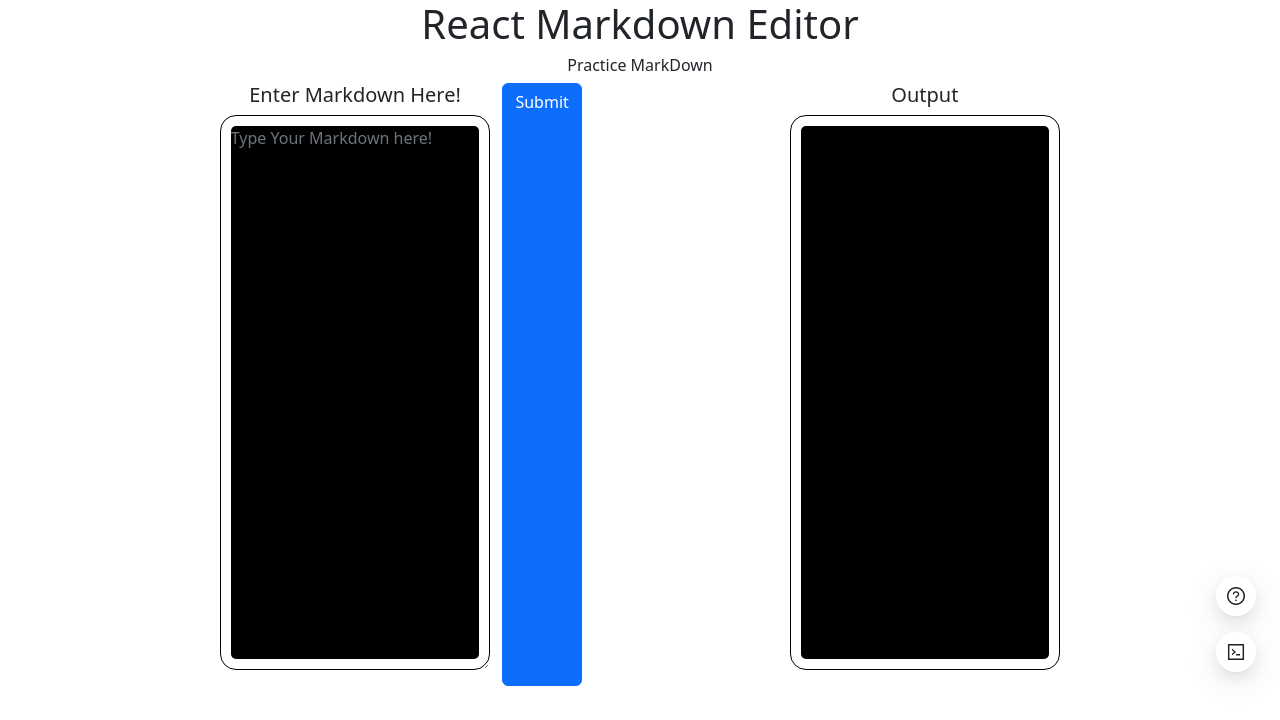
Repository: devkthines/md-editor
Page: /
The author's editor kept a copy of each file at every save. The page is drawn from the files as they stood at one save, then again after the next save.
The browser window is 1280 px wide. The pictures show the whole page.
The project was rebuilt for these pictures with package versions that can differ from the ones it lists, and the page was loaded fresh each time. Also part of the build but not shown: src/pages/preview.js, src/components/navbar.js, src/pages/home.js.

Above is the page before, as saved 2023-12-06 21:57:39.

### src/App.js
import Preview from './pages/preview';
import Editor from './pages/editor';
import NavBar from './components/navbar';
import { BrowserRouter, Routes, Route } from "react-router-dom";
import About from './pages/home';
import 'bootstrap/dist/css/bootstrap.min.css';
import './styles/style.css'
function App() {
  return (
    <BrowserRouter>
    {/* <NavBar/> */}
      <Routes>
    {/* <Route path='/edit' element={<Editor/>}/> */}
    <Route index  element={<Editor/>}/>
    {/* <Route path='/about' element={<About/>}/> */}

      </Routes>
    </BrowserRouter>

  );
}

export default App;

### src/pages/editor.js
import { useState, useEffect } from 'react';
import { marked } from 'marked';
import Button from 'react-bootstrap/Button';
import Form from 'react-bootstrap/Form';
import Row from 'react-bootstrap/Row';
import Col from 'react-bootstrap/Col';
import { QuestionCircleOutlined, CodeOutlined } from '@ant-design/icons';
import { FloatButton,Modal  } from 'antd';

const App = () => {
    const [md, setMd] = useState(
        //     {
        //     h1text: '# This is H1 Text',
        //     h2text: '## This is H1 Text',
        //     linkEx: '[Link Example](https://www.markdownguide.org/basic-syntax/#links)',
        //     inlineEx: 'this is an inline code `example`',
        //     codeBlock: '    <html>    <head>    </head>    </html>',
        //     listItem: '1. First item',
        //     listItem2: '2. Second item',
        //     listItem3: '3. Third item',
        //     listItem4: '4. Fourth item',
        //     blockQuote: '> Dorothy followed her through many of the beautiful rooms in her castle.',
        //     imgPrev: '![The San Juan Mountains are beautiful!](/assets/images/san-juan-mountains.jpg "San Juan Mountains")',
        //     boldText: 'I just love **bold text**.',
        // },

        [
            '# This is H1 Text',
            '## This is H2 Text',
            '[Link Example](https://www.markdownguide.org/basic-syntax/#links)',
             'this is an inline code `example`',
            '    <html>    <head>    </head>    </html>',
            '1. First item',
           '2. Second item',
            '3. Third item',
             '4. Fourth item',
        '> Dorothy followed her through many of the beautiful rooms in her castle.',
          '![The San Juan Mountains are beautiful!](/assets/images/san-juan-mountains.jpg "San Juan Mountains")',
           'I just love **bold text**.',
        ]
        )
    const [isModalOpen, setIsModalOpen] = useState(false);
    const showModal = () => {
      setIsModalOpen(true);
    };
    const handleOk = () => {
      setIsModalOpen(false);
    };
    const handleCancel = () => {
      setIsModalOpen(false);
    };

    // Modal Two Example
    const [isModalTwoOpen, setIsModalTwoOpen] = useState(false);
    const showModalTwo = () => {
      setIsModalTwoOpen(true);
    };
    const handleOkTwo = () => {
      setIsModalTwoOpen(false);
    };
    const handleCancelTwo = () => {
      setIsModalTwoOpen(false);
    };
return ( <>
    <FloatButton.Group
      shape="circle"
      style={{
        right: 24,
      }}
    >
      <FloatButton icon={<QuestionCircleOutlined />} onClick={showModal}/>

      <FloatButton icon={<CodeOutlined />} onClick={showModalTwo}/>
    </FloatButton.Group>
    <Modal title="Markdown Editor/Previewer FAQs" open={isModalOpen} onOk={handleOk} onCancel={handleCancel}>
    <>
            <article>
                <section>
                    <header>
                        <h1>What even is Markdown</h1>
                    </header>
                    <p>Lorem ipsum dolor sit amet, consectetur adipisicing elit.
                         Non sequi ad enim deleniti accusamus facere itaque commodi autem odit repudiandae.
                          Sunt doloremque, quaerat ut iste et quia laboriosam ab possimus rerum modi?
                        Adipisci consequuntur quidem quas quod aperiam porro odio. Necessitatibus v
                        elit exercitationem, dolore labore nesciunt perferendis quod minima et?</p>
                     <p>for the full breakdown on all things markdown, follow this link: <span><a href="https://www.markdownguide.org/">markdownguide.org</a></span> </p>
                </section>
                <section>
                    <header>
                        <h1>What is Markdown Used for?</h1>
                    </header>
                    <p>Lorem ipsum dolor sit amet, consectetur adipisicing elit.
                         Non sequi ad enim deleniti accusamus facere itaque commodi autem odit repudiandae.
                          Sunt doloremque, quaerat ut iste et quia laboriosam ab possimus rerum modi?
                        Adipisci consequuntur quidem quas quod aperiam porro odio. Necessitatibus v
                        elit exercitationem, dolore labore nesciunt perferendis quod minima et?</p>
                </section>
                <section>
                    <header>
                        <h1>What does this App do?</h1>
                    </header>
                    <p>Lorem ipsum dolor sit amet, consectetur adipisicing elit.
                         Non sequi ad enim deleniti accusamus facere itaque commodi autem odit repudiandae.
                          Sunt doloremque, quaerat ut iste et quia laboriosam ab possimus rerum modi?
                        Adipisci consequuntur quidem quas quod aperiam porro odio. Necessitatibus v
                        elit exercitationem, dolore labore nesciunt perferendis quod minima et?</p>
                </section>

            </article>
        </>
    </Modal>
    <Modal title="Markdown Preview Examples" open={isModalTwoOpen} onOk={handleOkTwo} onCancel={handleCancelTwo}>
    <div>
            <div id='preview' >
                <span dangerouslySetInnerHTML={{ __html: marked.parse(md.join('\r')) }}></span>

            </div>
        </div>
      </Modal>
    </>
)};


export default function Editor() {
    const [edit, SetEdit] = useState('');
    const [preview, setPreview] = useState('');
    const seePreview = (e) => {
        e.preventDefault();
        console.log(edit);
        setPreview(edit);
        SetEdit('');

    }

    return (<>
    <div className='text-center'>
        <h1>React Markdown Editor</h1>

    <h6>Practice MarkDown</h6>
        <div className='d-flex justify-content-evenly'>
            <App/>
            <Form>
                <Row>
                    <Form.Group as={Col} className="mb-3" controlId="formBasicPassword">
                    <h5>Enter Markdown Here!</h5>
                    <Form.Control value={edit} onChange={(e) => {
                        setPreview('');
                        SetEdit(e.target.value);

                    }} name="edit" id="editor" as='textarea' placeholder="Type Your Markdown here!" rows={3} />
                    </Form.Group>
                        <Button as={Col} disabled={!edit} onClick={seePreview} variant="primary" type="submit">
                    Submit
                </Button>
                </Row>
                <Row>

                </Row>
            </Form>
            <Row>
            <Col>
                <h5>Output</h5>
                <div id="mdEdView" dangerouslySetInnerHTML={{ __html: marked.parse(preview) }}></div>
            </Col>
            </Row>
       </div>
       </div>
       </>
    )
}

### src/styles/style.css
* {
    margin: 0;
    padding: 0;
    box-sizing: border-box;
}

#editor,#mdEdView {
    width: 270.71999999999997px;
    height: 554.88px;
    background-color: black;
    background-clip: content-box;
    padding: 10px;
    border: 1px solid black;
    border-radius: 1rem;
    color: white;
}

Loaded but not shown: public/index.html (common file); src/index.js (common file); src/index.css (common file); src/reportWebVitals.js (common file)

After the next save:
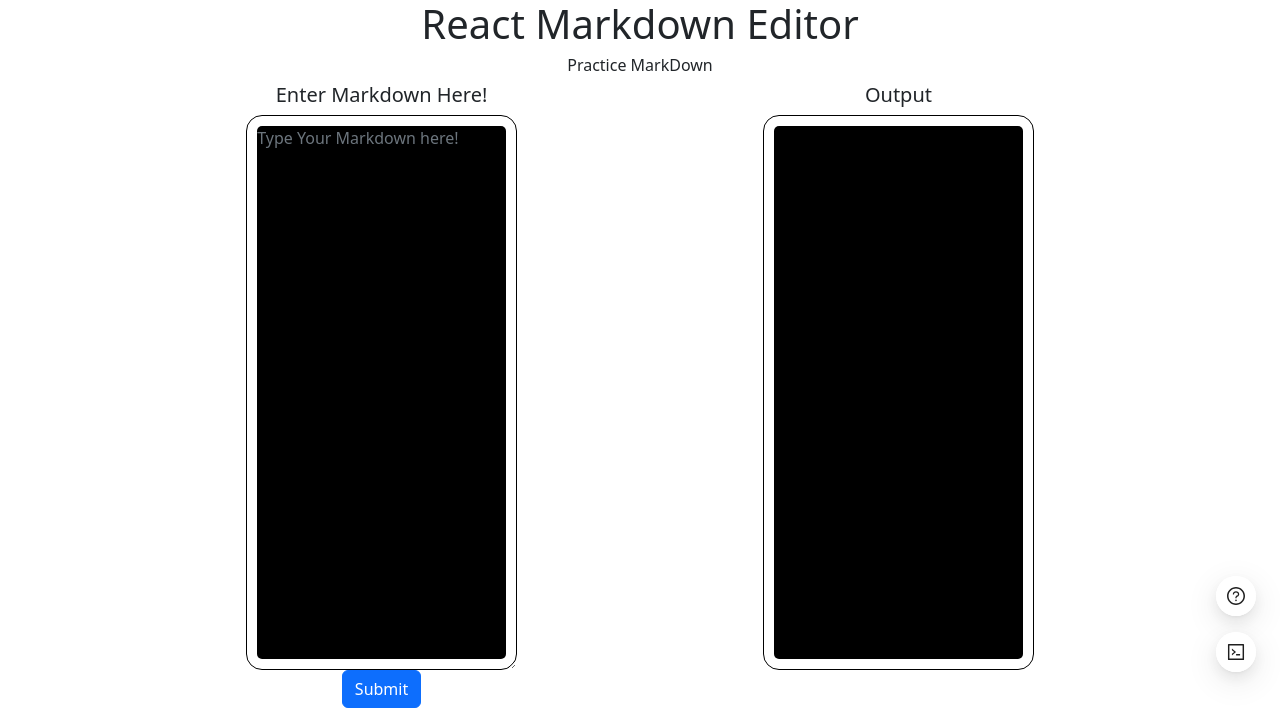
Saved 9 s later.
--- a/src/pages/editor.js
+++ b/src/pages/editor.js
@@ -149,10 +149,10 @@ export default function Editor() {
                         SetEdit(e.target.value);
 
                     }} name="edit" id="editor" as='textarea' placeholder="Type Your Markdown here!" rows={3} />
-                    </Form.Group>
-                        <Button as={Col} disabled={!edit} onClick={seePreview} variant="primary" type="submit">
+                    <Button as={Col} disabled={!edit} onClick={seePreview} variant="primary" type="submit">
                     Submit
-                </Button>
+                </Button>  </Form.Group>
+
                 </Row>
                 <Row>
 
